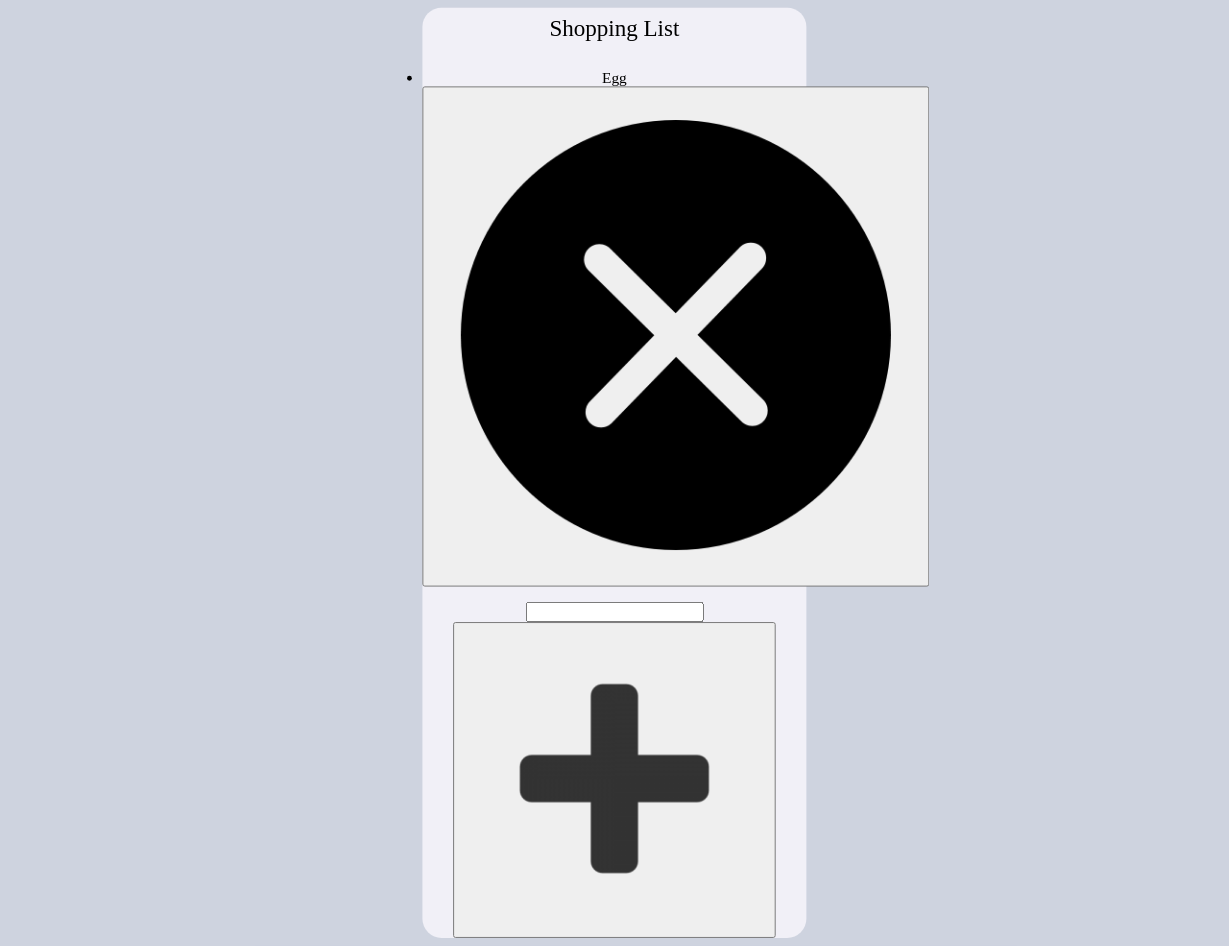
Repository: yoon-dh/JS_Prac
Page: shopping_list/shopping_list.html
An editor plug-in stored every save of this project. The page is shown before and after the next save, followed by the edit.
The browser window is 1280 px wide. The pictures show the whole page, at 96% of full size.

Above is the page before, as saved 2023-06-21 22:10:16.

### shopping_list/shopping_list.html
<!DOCTYPE html>
<html lang="en">
  <head>
    <meta charset="UTF-8" />
    <meta http-equiv="X-UA-Compatible" content="IE=edge" />
    <meta name="viewport" content="width=device-width, initial-scale=1.0" />
    <title>Document</title>
    <link rel="stylesheet" href="style.css" />
    <script src="main.js" defer></script>
  </head>
  <body>
    <section class="list">
      <header class="header">Shopping List</header>
      <ul class="items">
        <li class="item_row">
          <div class="item">
            <span class="item_name">Egg</span>
            <button class="item_delete">
              <img src="image/delete-button.png" alt="" />
            </button>
          </div>
        </li>
      </ul>
      <footer class="footer">
        <input class="footer_input" type="text" />
        <button class="footer_button">
          <img src="image/plus-icon-black-2.png" alt="" />
        </button>
      </footer>
    </section>
  </body>
</html>

### shopping_list/style.css
* {
  box-sizing: border-box;
}

ul {
  padding: 0;
}

body {
  background-color: #ced3df;
  text-align: center;
}

.list {
  width: 400px;
  margin: auto;
  background-color: #f1f0f7;
  border-radius: 20px;
}

.header {
  height: 48px;
  padding: 8px;
  font-size: 24px;
  background: rgba(237, 193, 211)
  background: ;
}

Loaded but not shown: shopping_list/main.js (no copy from this time; the picture is the same without it)

After the next save:
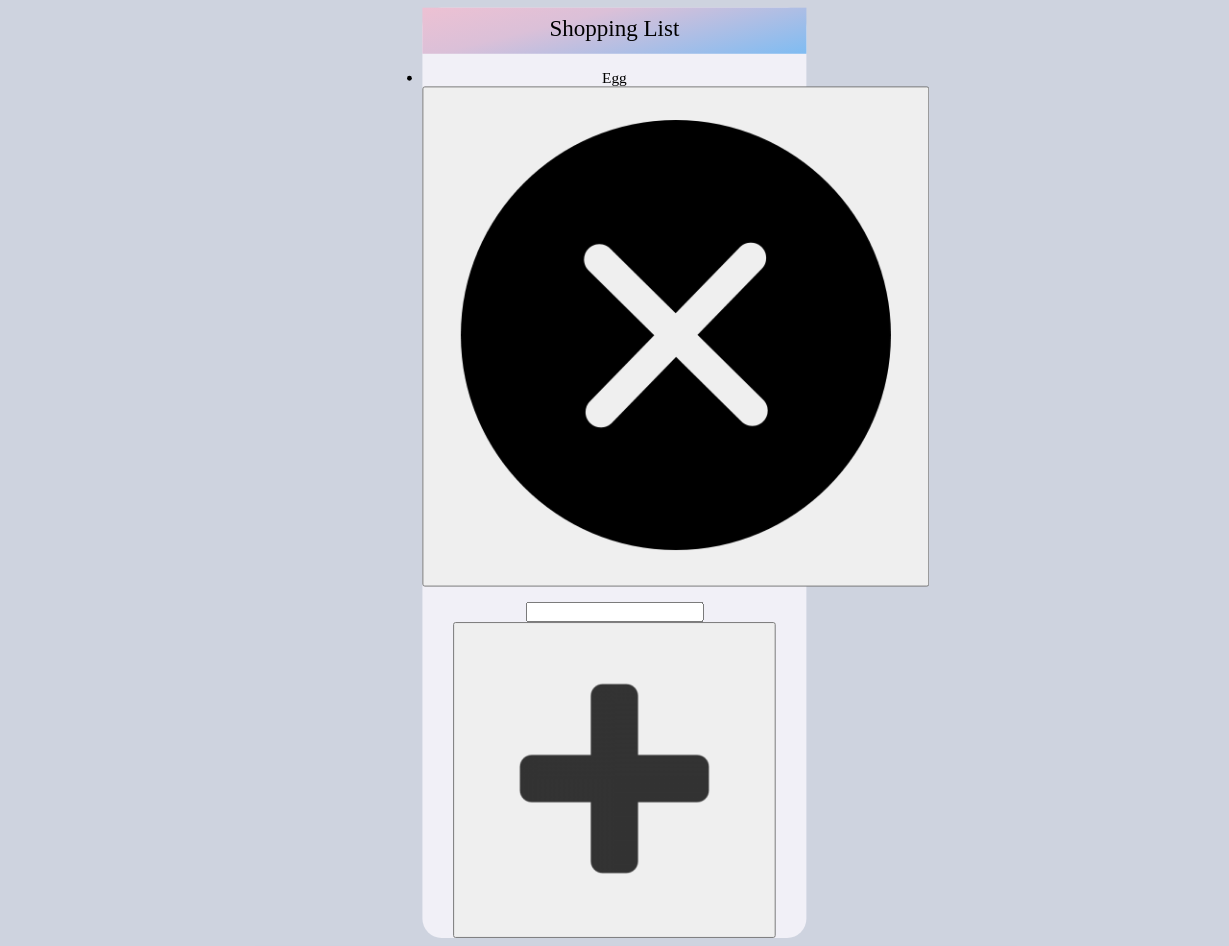
Saved 60 s later.
--- a/shopping_list/style.css
+++ b/shopping_list/style.css
@@ -22,6 +22,11 @@ body {
   height: 48px;
   padding: 8px;
   font-size: 24px;
-  background: rgba(237, 193, 211)
-  background: ;
+  background: rgba(237, 193, 211);
+  background: linear-gradient(
+    166deg,
+    rgba(237, 193, 211, 1) 0%,
+    rgba(219, 192, 216, 1) 35%,
+    rgba(127, 188, 242, 1) 100%
+  );
 }
